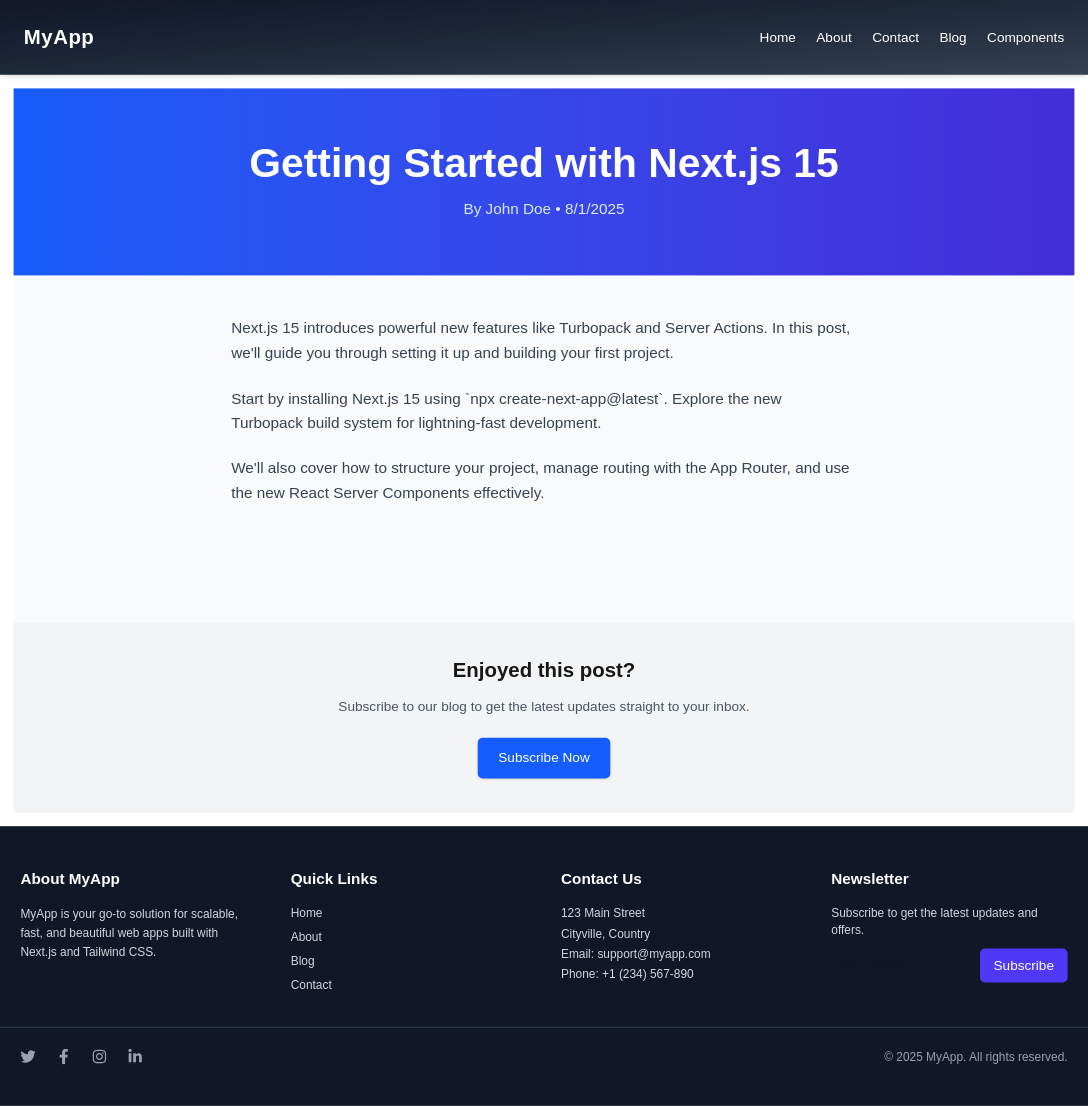
Repository: boxio093/NextCome
Page: /blog/getting-started-nextjs-15
An editor plug-in stored every save of this project. The page is shown before and after the next save, followed by the edit.
The browser window is 1280 px wide. The pictures show the whole page, at 85% of full size.
The project was rebuilt for these pictures with package versions that can differ from the ones it lists, and the page was loaded fresh each time. The framework's server and built-in components were replaced by stand-ins that run in the browser. Also part of the build but not shown: next.config.ts.

Above is the page before, as saved 2025-08-09 22:00:41.

After the next save:
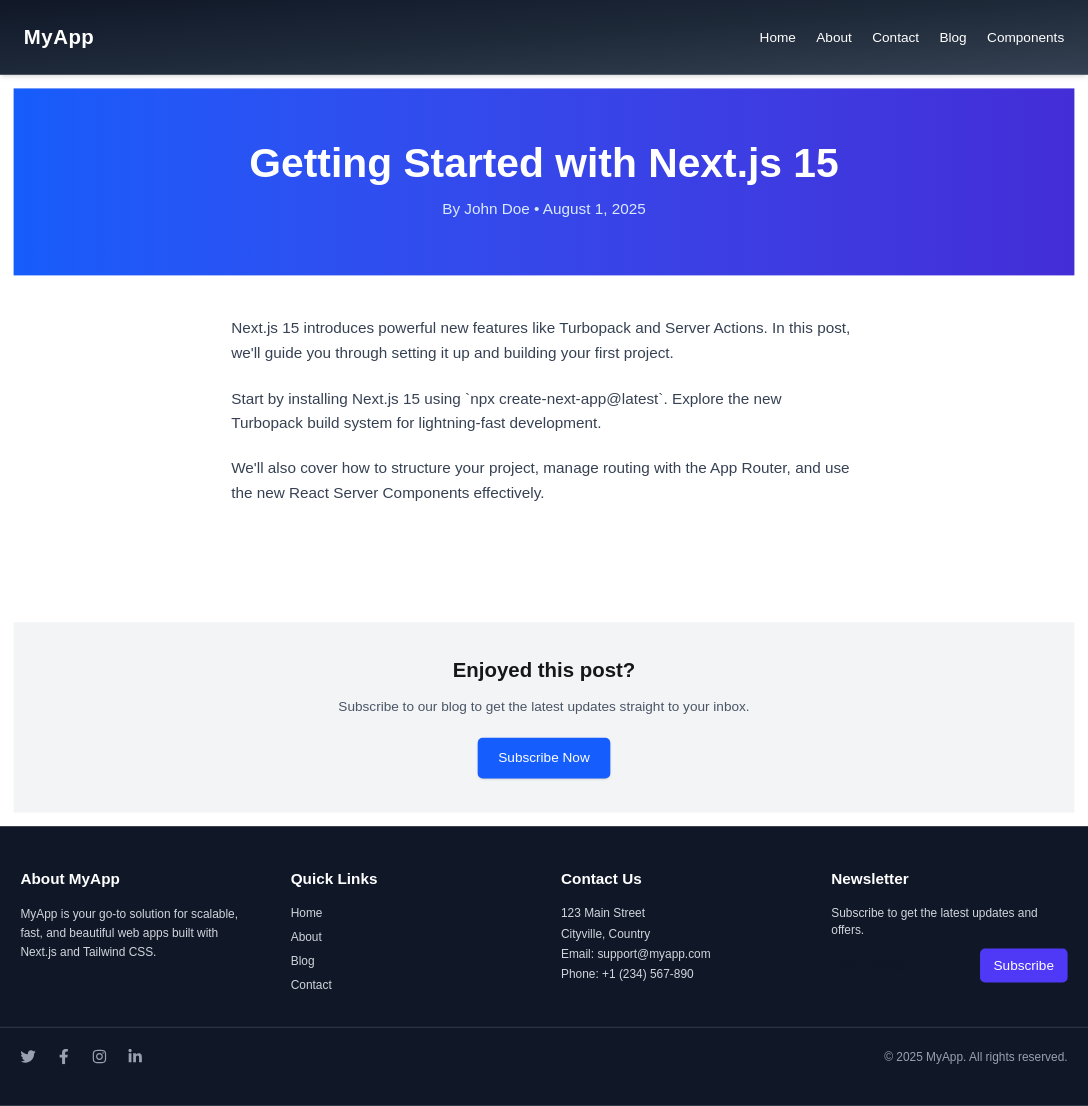
Saved 12 min 54 s later.
--- a/app/blog/[slug]/page.tsx
+++ b/app/blog/[slug]/page.tsx
@@ -1,9 +1,14 @@
 import { notFound } from "next/navigation";
+import React from "react";
 
-const posts: Record<
-  string,
-  { title: string; content: string[]; author: string; date: string }
-> = {
+type Post = {
+  title: string;
+  content: string[];
+  author: string;
+  date: string;
+};
+
+const posts: Record<string, Post> = {
   "getting-started-nextjs-15": {
     title: "Getting Started with Next.js 15",
     author: "John Doe",
@@ -36,25 +41,33 @@
   },
 };
 
-export default function BlogPostPage({ params }: { params: { slug: string } }) {
+const formatDate = (dateStr: string) =>
+  new Intl.DateTimeFormat("en-US", { year: "numeric", month: "long", day: "numeric" }).format(
+    new Date(dateStr)
+  );
+
+const BlogPostPage: React.FC<{ params: { slug: string } }> = ({ params }) => {
   const post = posts[params.slug];
 
   if (!post) return notFound();
 
   return (
-    <article className="min-h-screen bg-gray-50 dark:bg-gray-900">
+    <>
       {/* Hero Section */}
       <section className="bg-gradient-to-r from-blue-600 to-indigo-700 text-white py-16 px-4 text-center">
         <h1 className="text-5xl font-extrabold mb-4">{post.title}</h1>
         <p className="text-lg text-blue-100">
-          By {post.author} • {new Date(post.date).toLocaleDateString()}
+          By {post.author} • {formatDate(post.date)}
         </p>
       </section>
 
       {/* Blog Content */}
       <section className="max-w-3xl mx-auto py-12 px-4">
-        {post.content.map((paragraph, index) => (
-          <p key={index} className="text-lg text-gray-700 dark:text-gray-300 mb-6 leading-relaxed">
+        {post.content.map((paragraph, idx) => (
+          <p
+            key={idx}
+            className="text-lg text-gray-700 dark:text-gray-300 mb-6 leading-relaxed"
+          >
             {paragraph}
           </p>
         ))}
@@ -68,11 +81,14 @@
         </p>
         <a
           href="/contact"
+          aria-label="Subscribe to blog updates"
           className="inline-block bg-blue-600 hover:bg-blue-700 text-white px-6 py-3 rounded-md shadow"
         >
           Subscribe Now
         </a>
       </section>
-    </article>
+    </>
   );
-}
+};
+
+export default BlogPostPage;
